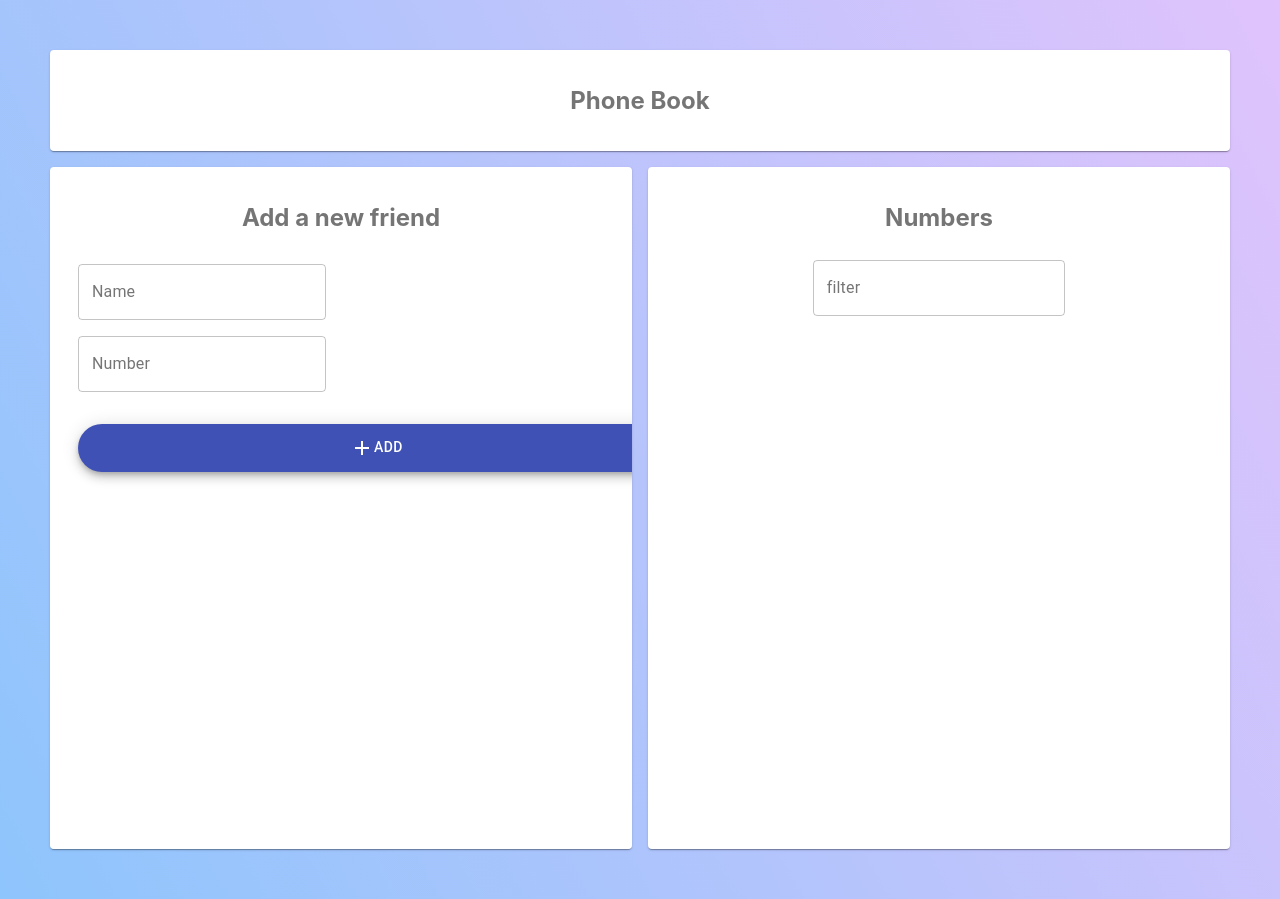
Repository: StacyLafume/phone-book
Page: / (app in phone-book/)
An editor plug-in stored every save of this project. The page is shown before and after the next save, followed by the edit.
The browser window is 1280 px wide. The pictures show the whole page.
The page's requests for data from a server got no answer. The project was rebuilt for these pictures with package versions that can differ from the ones it lists, and the page was loaded fresh each time. No one was signed in, and anything a server would have sent is missing. Also part of the build but not shown: phone-book/src/PhoneBook.js.

Above is the page before, as saved 2021-04-02 02:29:51.

After the next save:
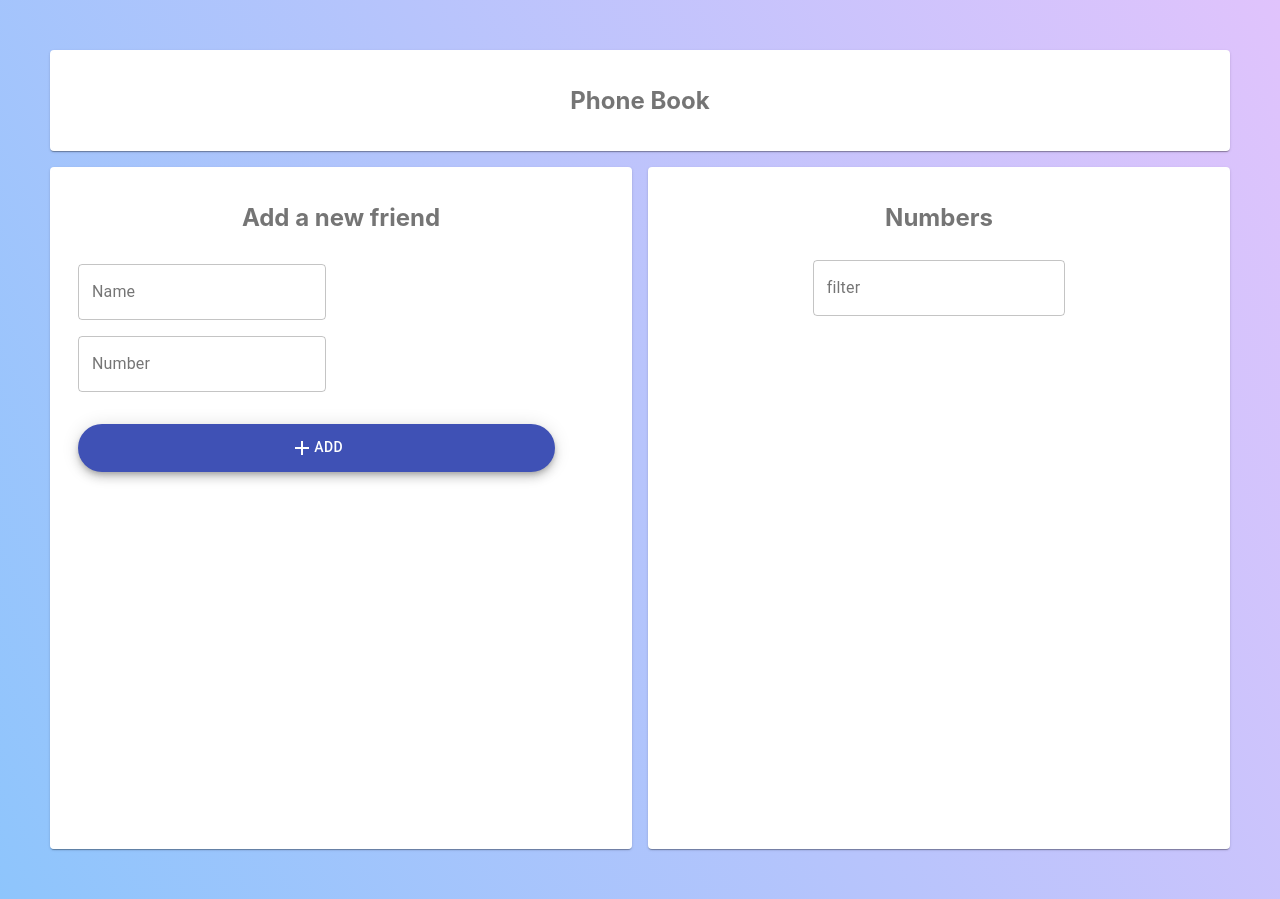
Saved 7 s later.
--- a/phone-book/src/PersonForm.js
+++ b/phone-book/src/PersonForm.js
@@ -18,7 +18,7 @@ const PersonForm = ({
     root: {
       '& > *': {
         margin: theme.spacing(2),
-        width: '75ch',
+        width: '60ch',
       },
     },
     press: {
